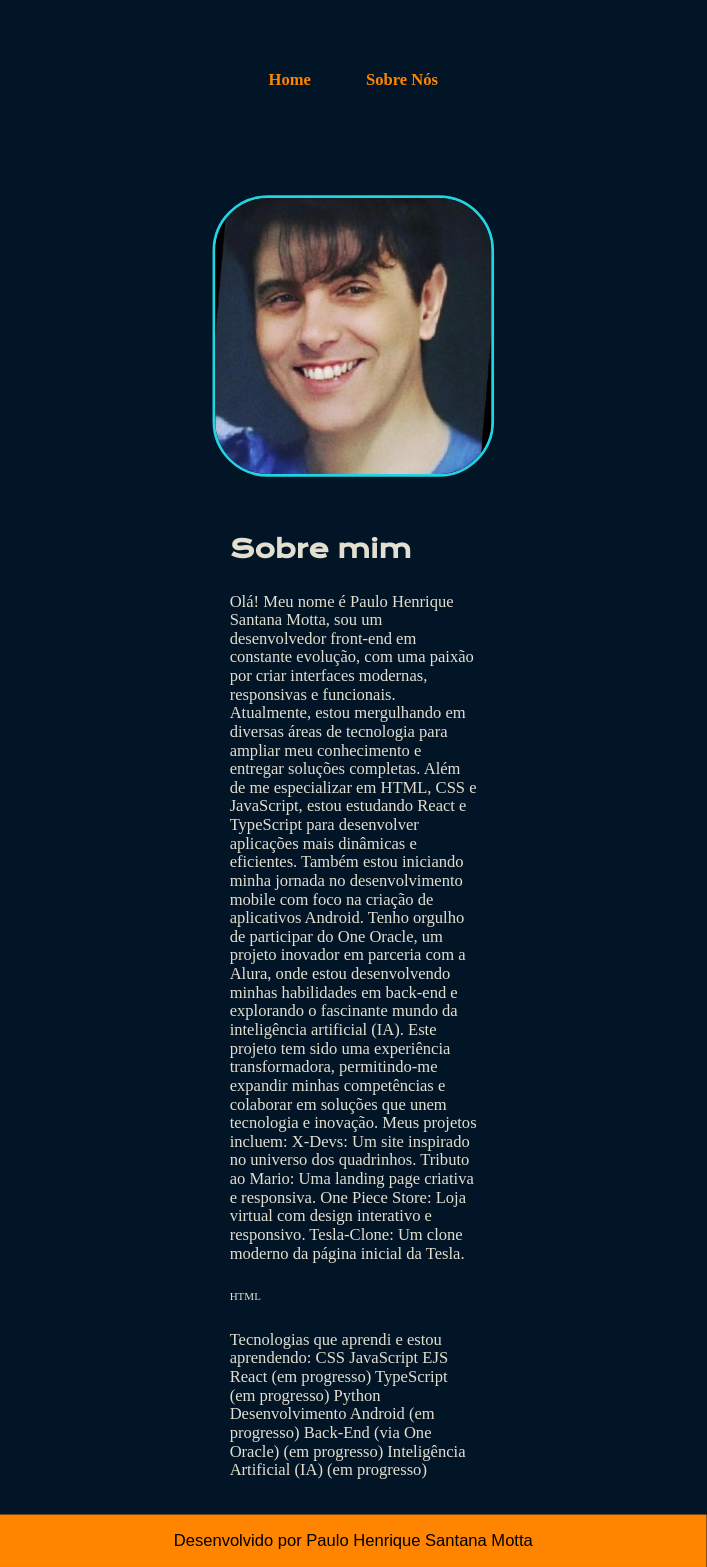
Repository: phsmottanerd/projeto-portfolio-alura
Page: about.html
An editor plug-in stored every save of this project. The page is shown before and after the next save, followed by the edit.
The browser window is 1024 px wide. The pictures show the whole page, at 69% of full size.

Above is the page before, as saved 2025-01-30 02:11:28.

### about.html
<!DOCTYPE html>
<html lang="pt-BR">
<head>
    <meta charset="UTF-8">
    <meta name="viewport" content="width=device-width, initial-scale=1.0">
   <link rel="stylesheet" href="./estilos/style.css">
    <title>Sobre mim</title>
</head>
<body>
<header class="cabecalho">
    <nav class="cabecalho__menu">
        <a class="cabecalho__menu__link" href="index.html">Home</a>
        <a class="cabecalho__menu__link" href="about.html">Sobre Nós</a>

      </nav>
</header>
<main class="apresentacao">
<section class="apresentacao__conteudo">

    <h1 class="apresentacao__conteudo__titulo">Sobre mim</h1>
<p class="apresentacao__conteudo__texto">Olá! Meu nome é Paulo Henrique Santana Motta, sou um desenvolvedor front-end em constante evolução, com uma paixão por criar interfaces modernas, responsivas e funcionais.

    Atualmente, estou mergulhando em diversas áreas de tecnologia para ampliar meu conhecimento e entregar soluções completas. Além de me especializar em HTML, CSS e JavaScript, estou estudando React e TypeScript para desenvolver aplicações mais dinâmicas e eficientes. Também estou iniciando minha jornada no desenvolvimento mobile com foco na criação de aplicativos Android.

    Tenho orgulho de participar do One Oracle, um projeto inovador em parceria com a Alura, onde estou desenvolvendo minhas habilidades em back-end e explorando o fascinante mundo da inteligência artificial (IA). Este projeto tem sido uma experiência transformadora, permitindo-me expandir minhas competências e colaborar em soluções que unem tecnologia e inovação.

    Meus projetos incluem:

    X-Devs: Um site inspirado no universo dos quadrinhos.
    Tributo ao Mario: Uma landing page criativa e responsiva.
    One Piece Store: Loja virtual com design interativo e responsivo.
    Tesla-Clone: Um clone moderno da página inicial da Tesla.</p>
    HTML
    <p class="apresentacao__conteudo__texto">Tecnologias que aprendi e estou aprendendo:
    CSS
    JavaScript
    EJS
    React (em progresso)
    TypeScript (em progresso)
    Python
    Desenvolvimento Android (em progresso)
    Back-End (via One Oracle) (em progresso)
    Inteligência Artificial (IA) (em progresso)</p>
</section>

<img class="apresentacao__imagem" src="./img/1722867171561.jpg" alt="Paulo Henrique Santana Motta  programando" />
</main>
<footer class="rodape">
    <p>Desenvolvido por Paulo Henrique Santana Motta</p>


</footer>

</body>
</html>

### estilos/style.css
@import url("https://fonts.googleapis.com/css2?family=Krona+One&family=Montserrat:wght@400;600&display=swap");

:root {
  --cor-primaria: #021526;
  --cor-secundaria: #E2DFD0;
  --cor-terciaria:#FF8400;
  --cor-hover: #FF8400;

  --font-primaria: "Krona One", sans-serif;
   --font-secundaria:"Montserrat", sans-serif;


}

* {
  margin: 0;
  padding: 0;
}

body {
  box-sizing: border-box;
  background-color: var(--cor-primaria);
  color: var(--cor-secundaria);
}
.cabecalho {
  padding: 2% 0% 0% 15%;

}
.cabecalho__menu {
  display: flex;
  gap: 80px;
}

.cabecalho__menu__link {
  font-family: var(----font-secundaria);
  font-size: 1.5rem;
  font-weight: 600;
  color: var(--cor-terciaria);
  text-decoration: none;
}

.titulo-destaque {
  color: var(--cor-terciaria);
}

.apresentacao {
  padding: 5% 15%;
  display: flex;
  align-items: center;
  justify-content: space-between;
  gap:82px;
}
.apresentacao__conteudo {
  width: 50%;
  display: flex;
  flex-direction: column;
  gap: 40px;
}

.apresentacao__conteudo__titulo {
  font-size: 2.25rem;
  font-family: var(--font-primaria);
}

.apresentacao__conteudo__texto {
  font-size: 1.5rem;
  font-family: var(----font-secundaria);
}

.apresentacao__links {
  display: flex;
  flex-direction: column;
  justify-content: space-between;
  align-items: center;
  gap: 32px;
}
.apresentacao__links__subtitulo {
  font-family: "Krona One", sans-serif;
  font-weight: 400;
  font-size: 1.5rem;
}
.apresentacao__links__navegacao {
  /* background-color: #22D4FD; */
  justify-content: center;
  gap: 16px;
  display: flex;
  border: 2px solid var(--cor-terciaria);
  width: 50%;
  text-align: center;
  border-radius: 8px;
  font-size: 1.5rem;
  font-weight: 600;
  padding: 21.5px 0;
  text-decoration: none;
  color: #f6f6f6;
  font-family: "Montserrat", sans-serif;
}
.apresentacao__links__link:hover {
  background-color: var(--cor-hover);
}
.apresentacao__imagem{

  width: 50%;
}
.rodape {
  padding: 24px;
  color: #000;
  background-color: var(--cor-terciaria);
  text-align: center;
  font-family: "Montsearrat", sans-serif;
  font-size: 1.5rem;
  font-weight: 400;
}
.apresentacao__imagem  {
  border-radius: 80px;
  border: 4px solid #22d4Df;
  width: 400px;
  heighit: 400px;

}
@media(max-width: 1200px){
.cabecalho{
  padding: 10%;
}
.cabecalho__menu{
justify-content:center;
}
  .apresentacao{
flex-direction:column-reverse;

}

}

After the next save:
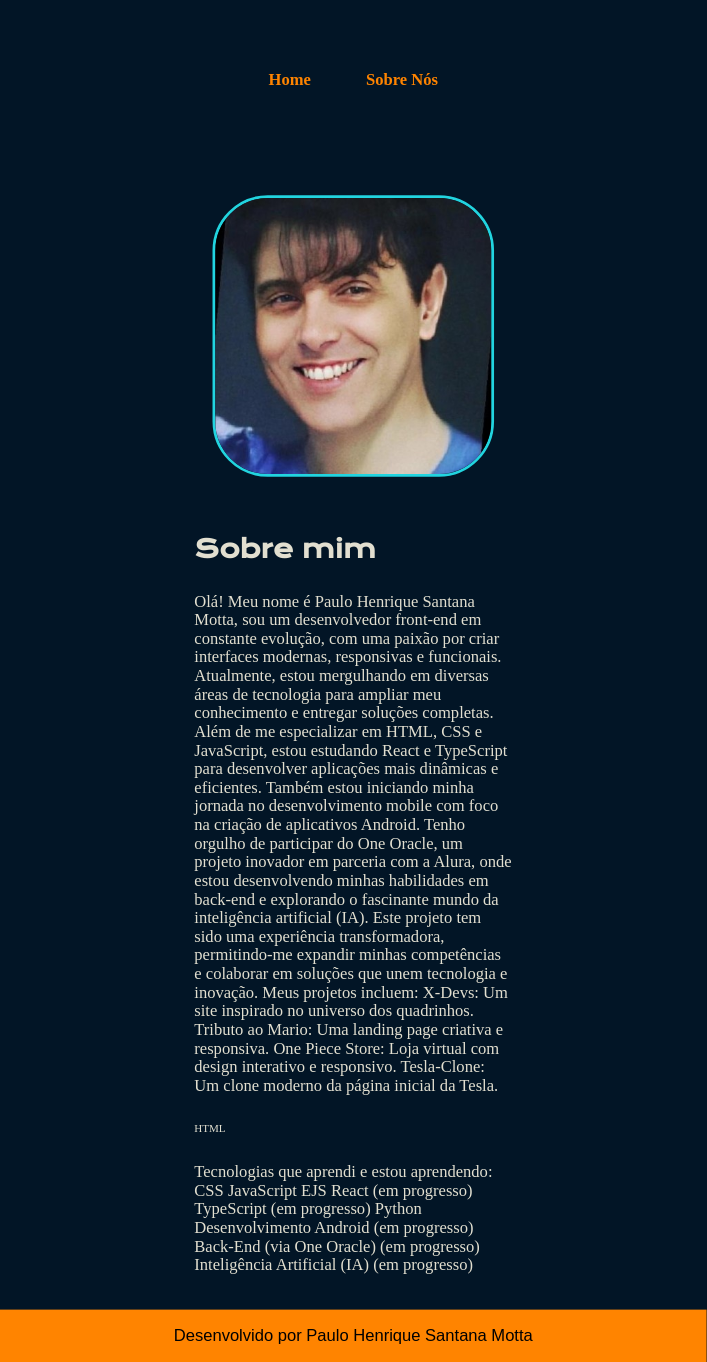
Saved 4 min 29 s later.
--- a/estilos/style.css
+++ b/estilos/style.css
@@ -127,7 +127,6 @@ justify-content:center;
 }
   .apresentacao{
 flex-direction:column-reverse;
+padding:5%;
 
 }
-
-}
